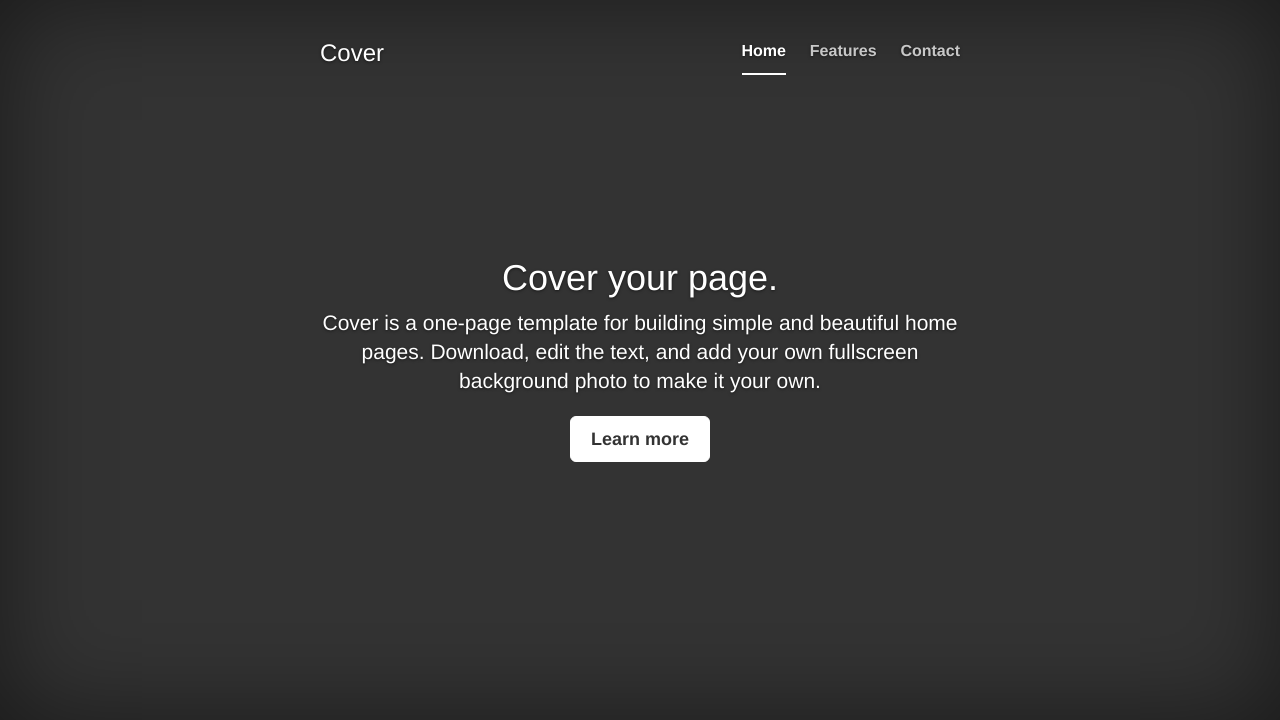
Repository: chaice/code
Page: http://localhost/web6/home
An editor plug-in stored every save of this project. The page is shown before and after the next save, followed by the edit.
The browser window is 1280 px wide. The pictures show the whole page.
Some web libraries are served in a nearby version. The page is served by Tomcat 9. Other server files are loaded and not shown.

Above is the page before, as saved 2016-06-01 09:29:06.

### web6/WebContent/WEB-INF/views/home.jsp
<%@ page language="java" contentType="text/html; charset=UTF-8"
    pageEncoding="UTF-8"%>
<!DOCTYPE html>
<html>
<head>
<meta charset="UTF-8">
<title>主页</title>
   <%@include file="head.jsp"%>
          <div class="inner cover">
            <h1 class="cover-heading">Cover your page.</h1>
            <p class="lead">Cover is a one-page template for building simple and beautiful home pages. Download, edit the text, and add your own fullscreen background photo to make it your own.</p>
            <p class="lead">
              <a href="#" class="btn btn-lg btn-default">Learn more</a>
            </p>
          </div>
        </div>
      </div>
    </div>
    <script src="//cdn.bootcss.com/jquery/1.11.3/jquery.min.js"></script>
    <script src="//cdn.bootcss.com/bootstrap/3.3.5/js/bootstrap.min.js"></script>

</body>
</html>

### web6/WebContent/WEB-INF/views/head.jsp
<%@ page language="java" contentType="text/html; charset=UTF-8"
	pageEncoding="UTF-8"%>
<link href="//cdn.bootcss.com/bootstrap/3.3.5/css/bootstrap.min.css"
	rel="stylesheet">
<style>
a,a:focus,a:hover {
	color: #fff;
}

.btn-default,.btn-default:hover,.btn-default:focus {
	color: #333;
	text-shadow: none;
	background-color: #fff;
	border: 1px solid #fff;
}

html,body {
	height: 100%;
	background-color: #333;
}

body {
	color: #fff;
	text-align: center;
	text-shadow: 0 1px 3px rgba(0, 0, 0, .5);
}

.site-wrapper {
	display: table;
	width: 100%;
	height: 100%;
	min-height: 100%;
	-webkit-box-shadow: inset 0 0 100px rgba(0, 0, 0, .5);
	box-shadow: inset 0 0 100px rgba(0, 0, 0, .5);
}

.site-wrapper-inner {
	display: table-cell;
	vertical-align: top;
}

.cover-container {
	margin-right: auto;
	margin-left: auto;
}

.inner {
	padding: 30px;
}

.masthead-brand {
	margin-top: 10px;
	margin-bottom: 10px;
}

.masthead-nav>li {
	display: inline-block;
}

.masthead-nav>li+li {
	margin-left: 20px;
}

.masthead-nav>li>a {
	padding-right: 0;
	padding-left: 0;
	font-size: 16px;
	font-weight: bold;
	color: #fff; /* IE8 proofing */
	color: rgba(255, 255, 255, .75);
	border-bottom: 2px solid transparent;
}

.masthead-nav>li>a:hover,.masthead-nav>li>a:focus {
	background-color: transparent;
	border-bottom-color: #a9a9a9;
	border-bottom-color: rgba(255, 255, 255, .25);
}

.masthead-nav>.active>a,.masthead-nav>.active>a:hover,.masthead-nav>.active>a:focus
	{
	color: #fff;
	border-bottom-color: #fff;
}

@media ( min-width : 768px) {
	.masthead-brand {
		float: left;
	}
	.masthead-nav {
		float: right;
	}
}

.cover {
	padding: 0 20px;
}

.cover .btn-lg {
	padding: 10px 20px;
	font-weight: bold;
}

.mastfoot {
	color: #999; /* IE8 proofing */
	color: rgba(255, 255, 255, .5);
}

@media ( min-width : 768px) {
	.masthead {
		position: fixed;
		top: 0;
	}
	.mastfoot {
		position: fixed;
		bottom: 0;
	}
	.site-wrapper-inner {
		vertical-align: middle;
	}
	.masthead,.mastfoot,.cover-container {
		width: 100%;
	}
}

@media ( min-width : 992px) {
	.masthead,.mastfoot,.cover-container {
		width: 700px;
	}
}
</style>
</head>
<body>
	<div class="site-wrapper">
		<div class="site-wrapper-inner">
			<div class="cover-container">
				<div class="masthead clearfix">
					<div class="inner">
						<h3 class="masthead-brand">Cover</h3>
						<nav>
							<ul class="nav masthead-nav">
								<li class="active"><a href="/home">Home</a></li>
								<li><a href="#">Features</a></li>
								<li><a href="#">Contact</a></li>
							</ul>
						</nav>
					</div>
				</div>

### web6/src/com/ccit/mservlet/Home.java
package com.ccit.mservlet;

import java.io.IOException;
import javax.servlet.ServletException;
import javax.servlet.http.HttpServlet;
import javax.servlet.http.HttpServletRequest;
import javax.servlet.http.HttpServletResponse;

public class Home extends HttpServlet {
	private static final long serialVersionUID = 1L;
    public Home() {
        super();
    }
	protected void doGet(HttpServletRequest request, HttpServletResponse response) throws ServletException, IOException {
		request.getRequestDispatcher("/WEB-INF/views/home.jsp").forward(request, response);
	}
}

After the next save:
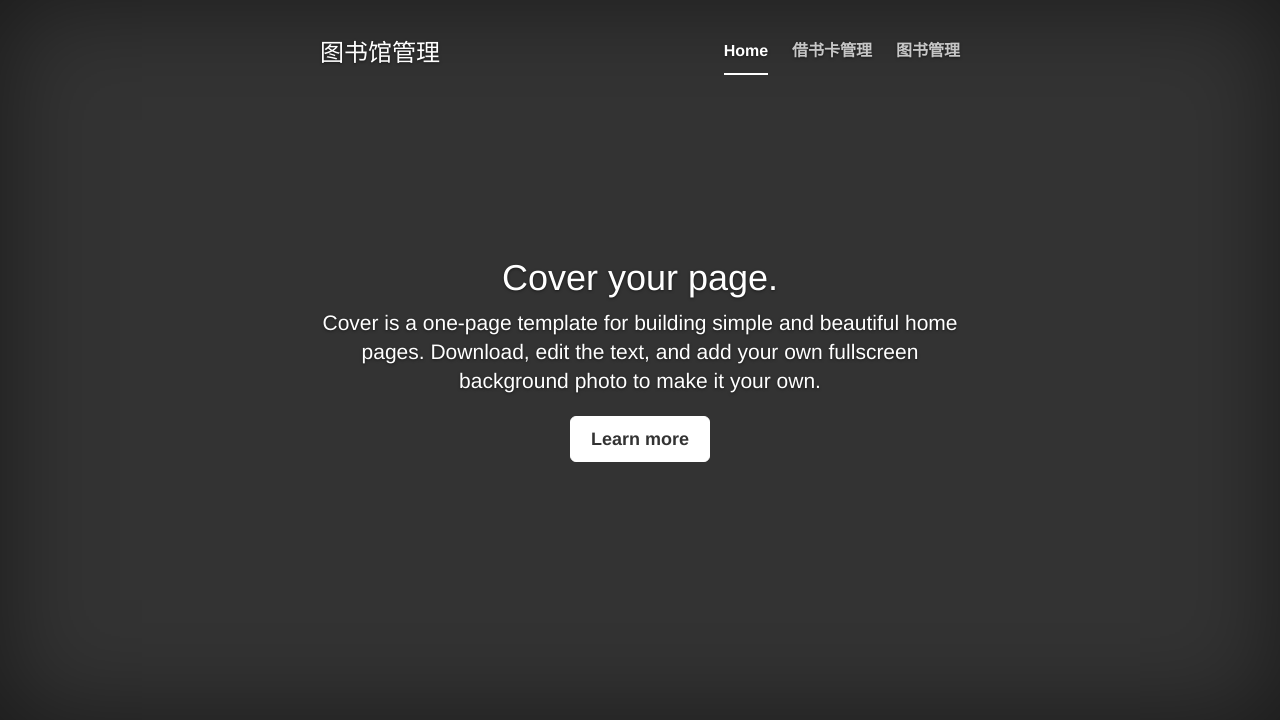
Saved 71 s later.
--- a/web6/WebContent/WEB-INF/views/head.jsp
+++ b/web6/WebContent/WEB-INF/views/head.jsp
@@ -136,12 +136,12 @@ body {
 			<div class="cover-container">
 				<div class="masthead clearfix">
 					<div class="inner">
-						<h3 class="masthead-brand">Cover</h3>
+						<h3 class="masthead-brand">图书馆管理</h3>
 						<nav>
 							<ul class="nav masthead-nav">
 								<li class="active"><a href="/home">Home</a></li>
-								<li><a href="#">Features</a></li>
-								<li><a href="#">Contact</a></li>
+								<li><a href="#">借书卡管理</a></li>
+								<li><a href="#">图书管理</a></li>
 							</ul>
 						</nav>
 					</div>
